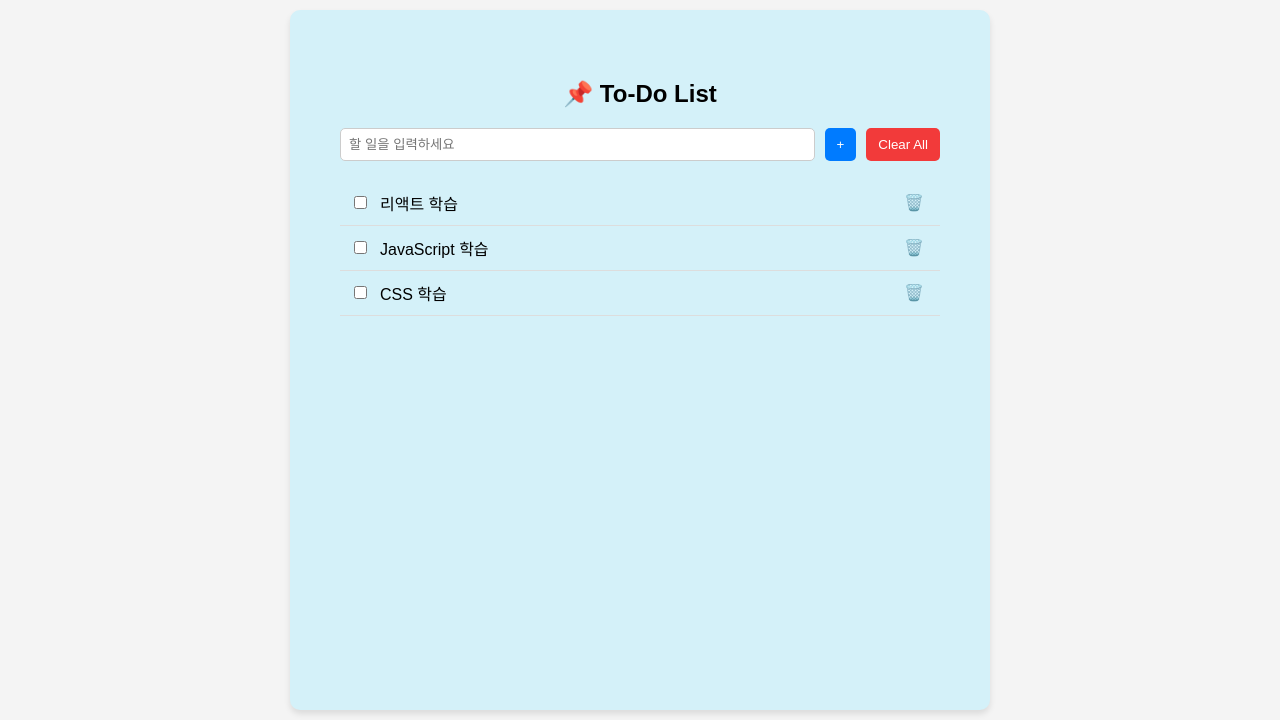
Repository: jongheonleee/todo-list
Page: /
An editor plug-in stored every save of this project. The page is shown before and after the next save, followed by the edit.
The browser window is 1280 px wide. The pictures show the whole page.
The project was rebuilt for these pictures with package versions that can differ from the ones it lists, and the page was loaded fresh each time.

Above is the page before, as saved 2025-02-20 13:33:28.

After the next save:
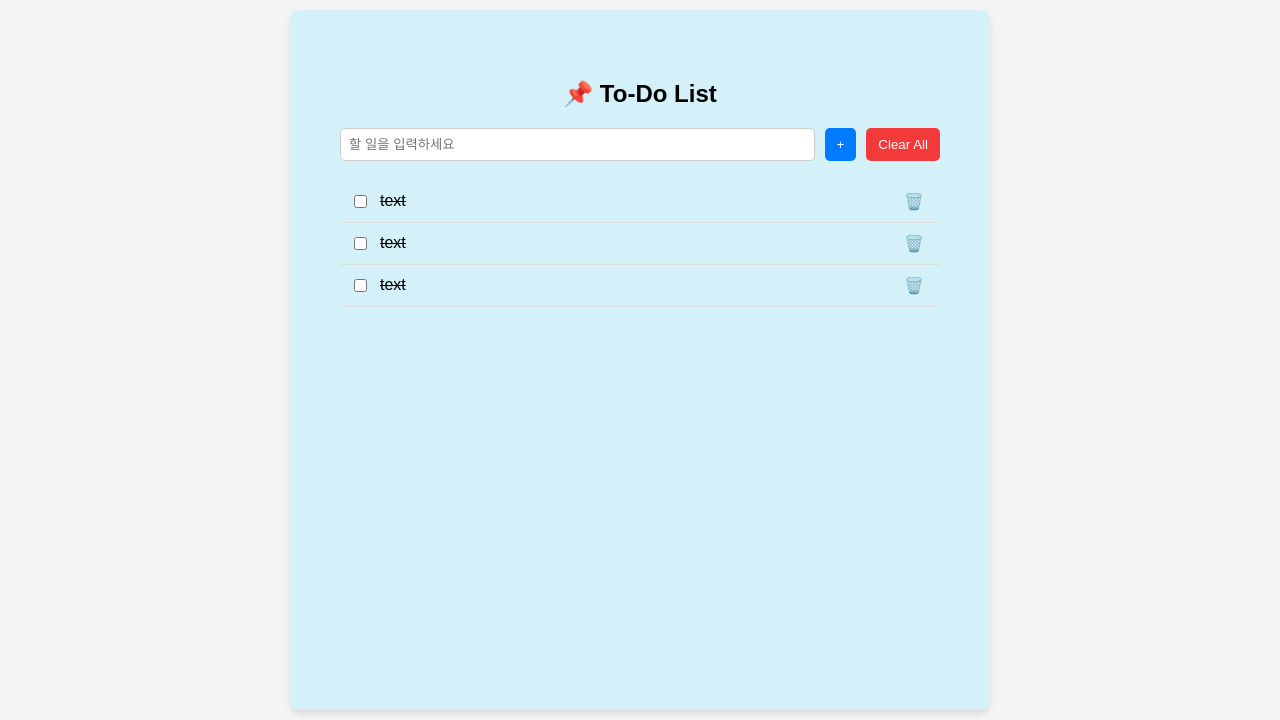
Saved 19 s later.
--- a/src/components/ToDoItem.js
+++ b/src/components/ToDoItem.js
@@ -4,6 +4,7 @@
 // item은 3가지 필드를 지님
 // - id, text, done
 const ToDoItem = ({ id, text, done, handleDelete }) => {
+    done = true;
     return (
         <li>
             <div

After the 2 saves that followed:
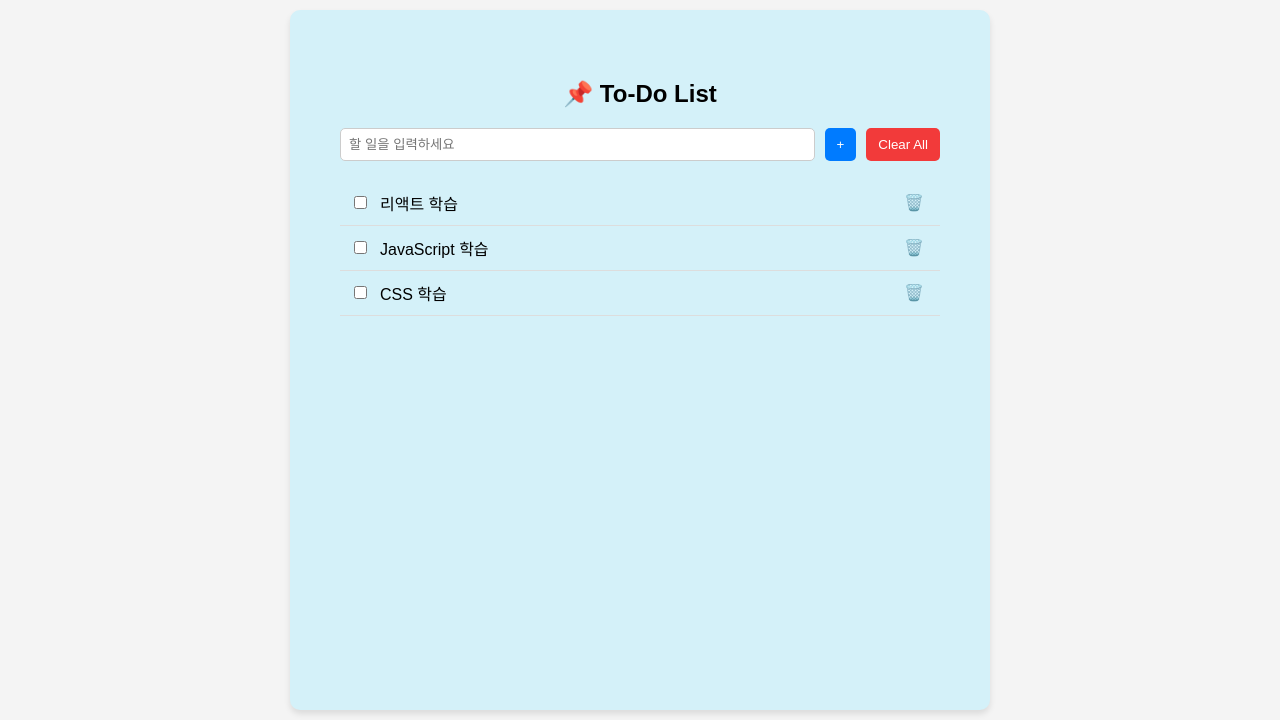
The 2 saves are shown as one change because 1 did not build or start.
The last was saved 3 min 22 s later.
--- a/src/components/ToDoItem.js
+++ b/src/components/ToDoItem.js
@@ -3,15 +3,17 @@
 
 // item은 3가지 필드를 지님
 // - id, text, done
-const ToDoItem = ({ id, text, done, handleDelete }) => {
-    done = true;
+const ToDoItem = ({ id, text, done, handleDelete, checkDone }) => {
     return (
         <li>
             <div
                 id={id}
                 className="todo-item"
             >
-                <input type="checkbox" />
+                <input
+                    type="checkbox"
+                    onClick={(id) => checkDone(id)}
+                />
                 <span>{done ? <del>text</del> : text}</span>
             </div>
             <button className="delete-btn" onClick={() => handleDelete(id)}>🗑️</button>
